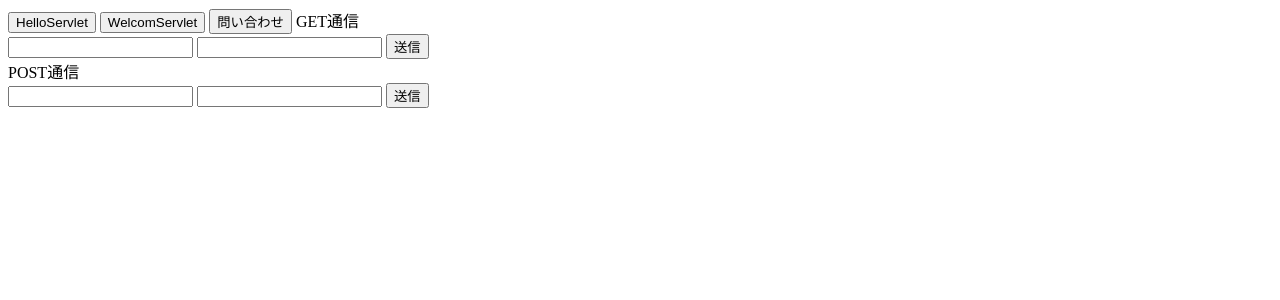
Repository: cha-git/test
Page: http://localhost/HelloServlet/
An editor plug-in stored every save of this project. The page is shown before and after the next save, followed by the edit.
The browser window is 1280 px wide. The pictures show the whole page.
The page is served by Tomcat 9.

Above is the page before, as saved 2018-12-05 11:15:41.

After the next save:
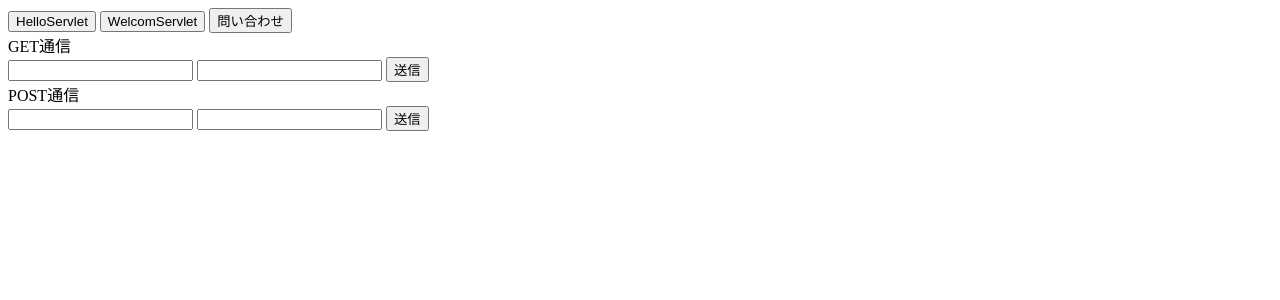
Saved 35 s later.
--- a/HelloServlet/WebContent/index.jsp
+++ b/HelloServlet/WebContent/index.jsp
@@ -10,7 +10,7 @@
 	<input type="button" value="HelloServlet" onClick="location.href='HelloServlet'">
 	<input type="button" value="WelcomServlet" onClick="location.href='welcome.jsp'">
 	<input type="button" value="問い合わせ" onClick="location.href='inquiry.jsp'">
-	GET通信
+	<br>GET通信
 	<form method="get" action="TestServlet">
 		<input type="text" name="username">
 		<input type="password" name="password">
